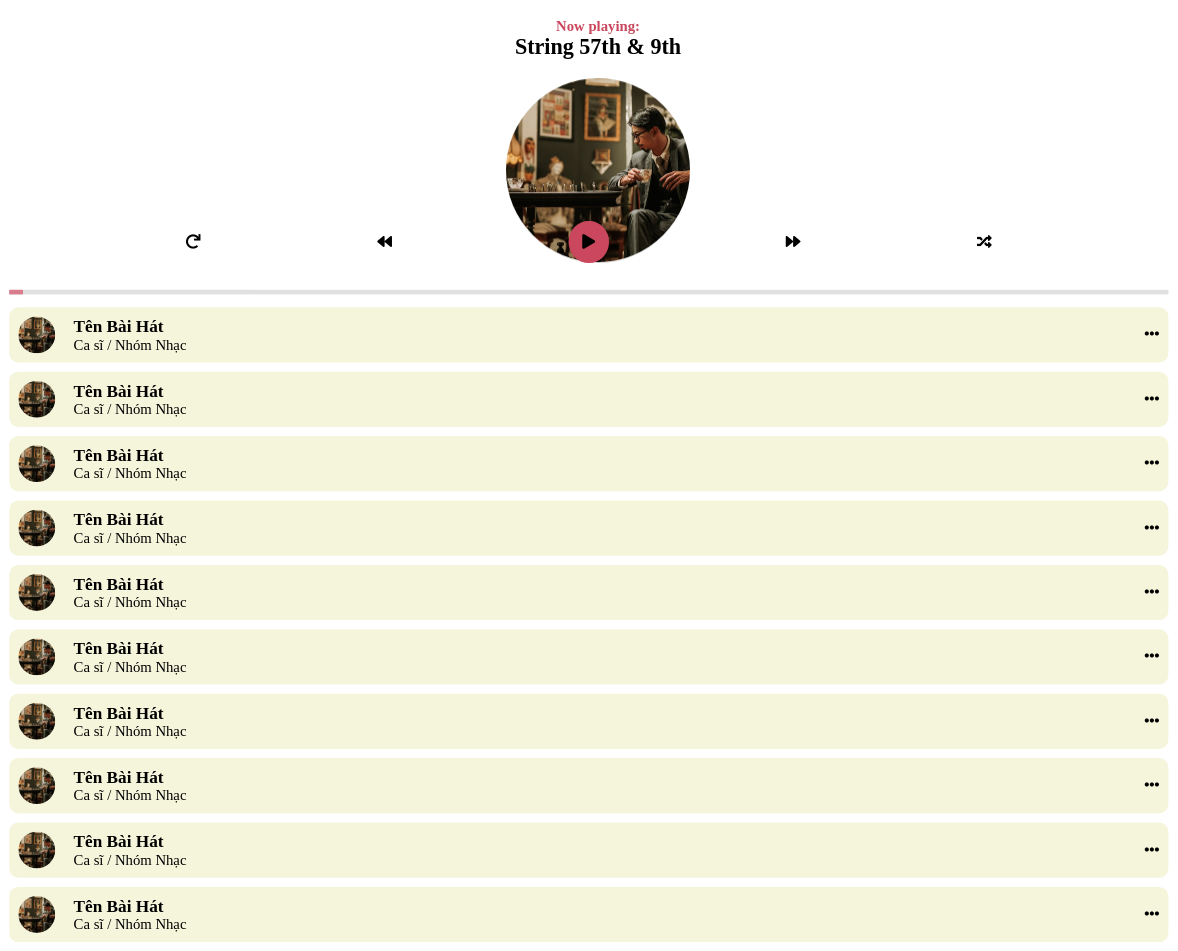
Repository: dovanthao2404/AppMusicPlayer
Page: index.html
An editor plug-in stored every save of this project. The page is shown before and after the next save, followed by the edit.
The browser window is 1280 px wide. The pictures show the whole page, at 92% of full size.

Above is the page before, as saved 2021-06-28 11:01:50.

### index.html
<!DOCTYPE html>
<html lang="en">

<head>
  <meta charset="UTF-8">
  <meta http-equiv="X-UA-Compatible" content="IE=edge">
  <meta name="viewport" content="width=device-width, initial-scale=1.0">
  <title>Music</title>
  <!-- FONTAWESOME -->
  <link rel="stylesheet" href="https://cdnjs.cloudflare.com/ajax/libs/font-awesome/5.15.3/css/all.min.css"
    integrity="sha512-iBBXm8fW90+nuLcSKlbmrPcLa0OT92xO1BIsZ+ywDWZCvqsWgccV3gFoRBv0z+8dLJgyAHIhR35VZc2oM/gI1w=="
    crossorigin="anonymous" referrerpolicy="no-referrer" />
  <!-- MAIN CSS -->
  <link rel="stylesheet" href="./css/app.css">
</head>

<body>
  <div class="player">
    <div class="dashboards">
      <!-- HEADER -->
      <header>
        <h4>Now playing:</h4>
        <h2>String 57th & 9th</h2>
      </header>

      <!-- CD -->
      <div id="cd" class="cd">
        <div class="thumb">
          <img src="./img/loinho.jpg" alt="">
        </div>
      </div>

      <!-- CONTROL -->
      <div class="controls" class="controls">
        <div class="btn btn-repeat">
          <i class="fa fa-redo"></i>
        </div>
        <div class="btn btn-prev">
          <i class="fa fa-backward"></i>
        </div>
        <div class="btn btn-toggle-play">
          <i class="fa fa-play"></i>
        </div>
        <div class="btn btn-next">
          <i class="fa fa-forward"></i>
        </div>
        <div class="btn btn-random">
          <i class="fa fa-random"></i>
        </div>
      </div>

      <!-- PROGRESS -->
      <input id="progress" class="progress" value="0" step="1" min="0" max="100" type="range">

      <!-- AUDIO -->
      <audio id="audio" src="./music/trontim.mp3"></audio>

      <!-- PLAY LIST -->
      <div class="playlist">
        <div class="song">
          <div class="thumb">
            <img src="./img/loinho.jpg" alt="">
          </div>
          <div class="body">
            <h3 class="title">Tên Bài Hát</h3>
            <p class="author">Ca sĩ / Nhóm Nhạc</p>
          </div>
          <div class="option">
            <i class="fa fa-ellipsis-h"></i>
          </div>
        </div>
        <div class="song">
          <div class="thumb">
            <img src="./img/loinho.jpg" alt="">
          </div>
          <div class="body">
            <h3 class="title">Tên Bài Hát</h3>
            <p class="author">Ca sĩ / Nhóm Nhạc</p>
          </div>
          <div class="option">
            <i class="fa fa-ellipsis-h"></i>
          </div>
        </div>
        <div class="song">
          <div class="thumb">
            <img src="./img/loinho.jpg" alt="">
          </div>
          <div class="body">
            <h3 class="title">Tên Bài Hát</h3>
            <p class="author">Ca sĩ / Nhóm Nhạc</p>
          </div>
          <div class="option">
            <i class="fa fa-ellipsis-h"></i>
          </div>
        </div>
        <div class="song">
          <div class="thumb">
            <img src="./img/loinho.jpg" alt="">
          </div>
          <div class="body">
            <h3 class="title">Tên Bài Hát</h3>
            <p class="author">Ca sĩ / Nhóm Nhạc</p>
          </div>
          <div class="option">
            <i class="fa fa-ellipsis-h"></i>
          </div>
        </div>
        <div class="song">
          <div class="thumb">
            <img src="./img/loinho.jpg" alt="">
          </div>
          <div class="body">
            <h3 class="title">Tên Bài Hát</h3>
            <p class="author">Ca sĩ / Nhóm Nhạc</p>
          </div>
          <div class="option">
            <i class="fa fa-ellipsis-h"></i>
          </div>
        </div>
        <div class="song">
          <div class="thumb">
            <img src="./img/loinho.jpg" alt="">
          </div>
          <div class="body">
            <h3 class="title">Tên Bài Hát</h3>
            <p class="author">Ca sĩ / Nhóm Nhạc</p>
          </div>
          <div class="option">
            <i class="fa fa-ellipsis-h"></i>
          </div>
        </div>
        <div class="song">
          <div class="thumb">
            <img src="./img/loinho.jpg" alt="">
          </div>
          <div class="body">
            <h3 class="title">Tên Bài Hát</h3>
            <p class="author">Ca sĩ / Nhóm Nhạc</p>
          </div>
          <div class="option">
            <i class="fa fa-ellipsis-h"></i>
          </div>
        </div>
        <div class="song">
          <div class="thumb">
            <img src="./img/loinho.jpg" alt="">
          </div>
          <div class="body">
            <h3 class="title">Tên Bài Hát</h3>
            <p class="author">Ca sĩ / Nhóm Nhạc</p>
          </div>
          <div class="option">
            <i class="fa fa-ellipsis-h"></i>
          </div>
        </div>
        <div class="song">
          <div class="thumb">
            <img src="./img/loinho.jpg" alt="">
          </div>
          <div class="body">
            <h3 class="title">Tên Bài Hát</h3>
            <p class="author">Ca sĩ / Nhóm Nhạc</p>
          </div>
          <div class="option">
            <i class="fa fa-ellipsis-h"></i>
          </div>
        </div>
        <div class="song">
          <div class="thumb">
            <img src="./img/loinho.jpg" alt="">
          </div>
          <div class="body">
            <h3 class="title">Tên Bài Hát</h3>
            <p class="author">Ca sĩ / Nhóm Nhạc</p>
          </div>
          <div class="option">
            <i class="fa fa-ellipsis-h"></i>
          </div>
        </div>
      </div>
    </div>
  </div>
  <script src="./js/app.js"></script>
</body>

</html>

### css/app.css
/* GLOBAL */
* {
  padding: 0;
  margin: 0;
  box-sizing: border-box;
}
/* PLAYER */
.dashboards {
  margin: 0 10px;
}
header {
  text-align: center;
  margin: 20px 0;
  position: fixed;
  top: 0;
  width: 100%;
  z-index: 9999;
}
header h4 {
  color: rgb(202, 71, 93);
}
.cd {
  position: fixed;
  top: 85px;
  width: 100%;
  z-index: 9999;
}
.cd .thumb {
  width: 200px;
  height: 200px;
  position: absolute;
  top: 50%;
  left: 50%;
  transform: translate(-50%);
}
.cd .thumb img {
  border-radius: 50%;
  width: 100%;
  height: 100%;
  object-fit: cover;
}
.controls {
  display: flex;
  justify-content: space-evenly;
  align-items: center;
  margin-top: 240px;
  margin-bottom: 20px;
  position: sticky;
  top: 85px;
  z-index: 9999;
}
.btn-toggle-play .fa {
  padding: 15px;
  border-radius: 50%;
  background-color: rgb(202, 71, 93);
}
.controls .fa-pause {
  display: none;
}
.progress {
  -webkit-appearance: none;
  width: 100%;
  height: 5px;
  background: #d3d3d3;
  outline: none;
  opacity: 0.7;
  transition: opacity 0.2s;
}
.progress::-webkit-slider-thumb {
  -webkit-appearance: none;
  appearance: none;
  width: 15px;
  height: 5px;
  background: rgb(202, 71, 93);
  cursor: pointer;
}
.progress::-moz-range-thumb {
  width: 15px;
  height: 5px;
  background: rgb(202, 71, 93);
  cursor: pointer;
}
.song {
  margin: 10px 0;
  background-color: beige;
  display: flex;
  align-items: center;
  padding: 10px;
  border-radius: 10px;
  position: relative;
}
.song .thumb {
  width: 40px;
  height: 40px;
}
.song .thumb img {
  width: 100%;
  height: 100%;
  border-radius: 50%;
  object-fit: cover;
}
.song .body {
  margin-left: 20px;
}
.song .option {
  position: absolute;
  right: 0;
  margin-right: 10px;
}

Loaded but not shown: js/app.js (no stored copy; drawn as an empty file)

After the next save:
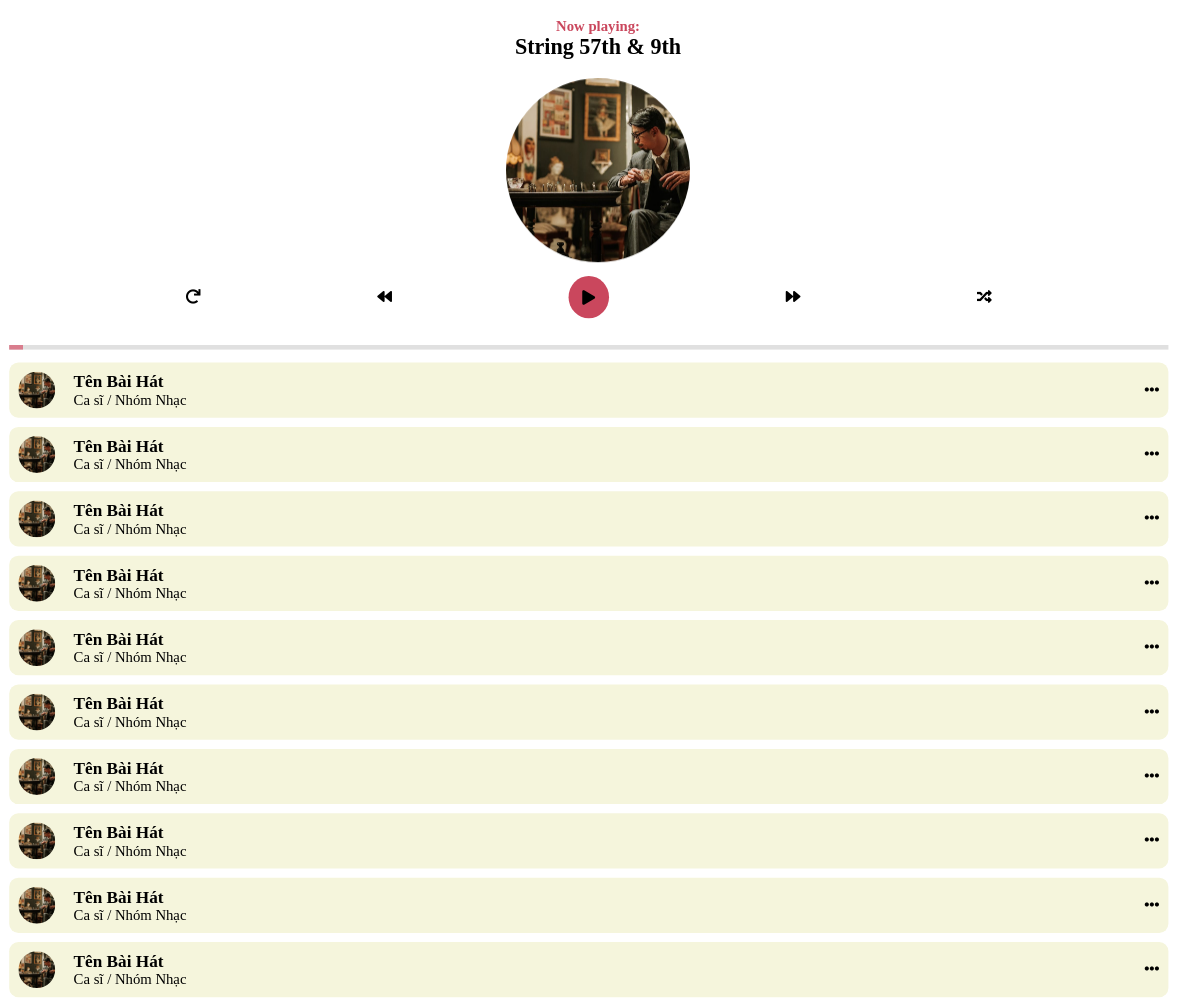
Saved 57 s later.
--- a/css/app.css
+++ b/css/app.css
@@ -43,7 +43,7 @@ header h4 {
   display: flex;
   justify-content: space-evenly;
   align-items: center;
-  margin-top: 240px;
+  margin-top: 300px;
   margin-bottom: 20px;
   position: sticky;
   top: 85px;
